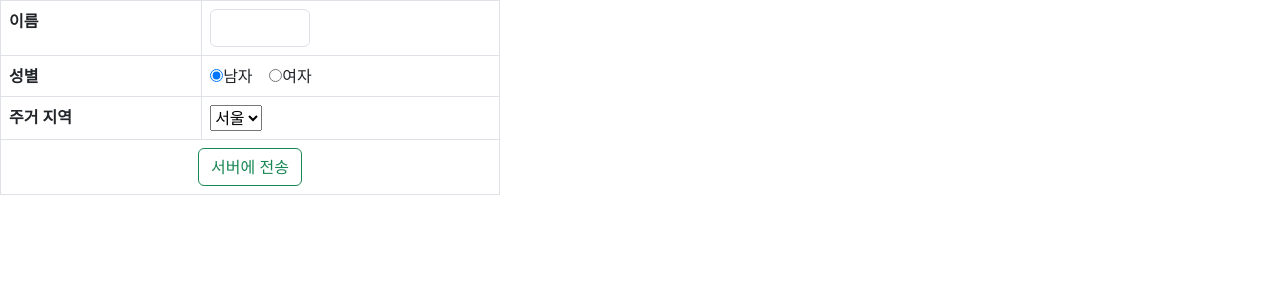
Repository: ssung2sin/sist0615_spring
Page: http://localhost/SpringMvcRead5/naver/form1
These files come from the project's save history. The page is drawn as it stood at one moment and after the next save; the edit follows.
The browser window is 1280 px wide. The pictures show the whole page.
Some web fonts or font styles are not loaded; a fallback is used. The page is served by Tomcat 9.

Above is the page before, as saved 2023-10-10 06:31:48.

After the next save:
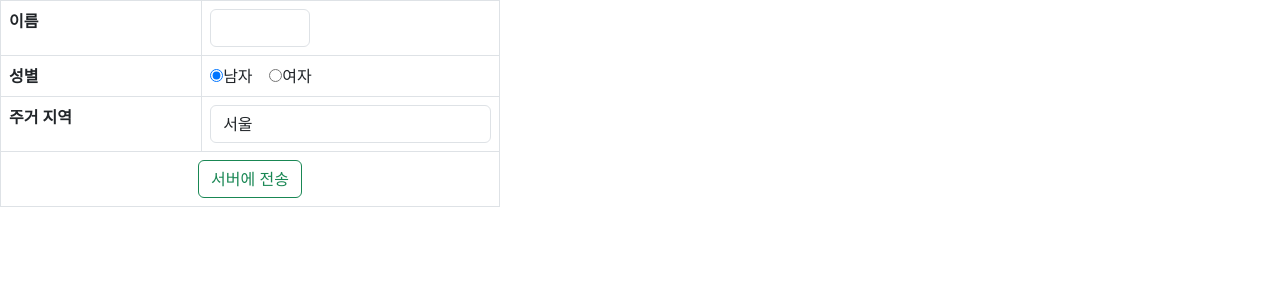
Saved 31 s later.
--- a/SpringMvcRead5/src/main/webapp/WEB-INF/day1010/form1.jsp
+++ b/SpringMvcRead5/src/main/webapp/WEB-INF/day1010/form1.jsp
@@ -29,7 +29,7 @@
 		<tr>
 			<th>주거 지역</th>
 			<td>
-				<select name="language">
+				<select name="addr" class="form-control">
 					<option value="서울">서울</option>
 					<option value="경기">경기</option>
 					<option value="대구">대구</option>
